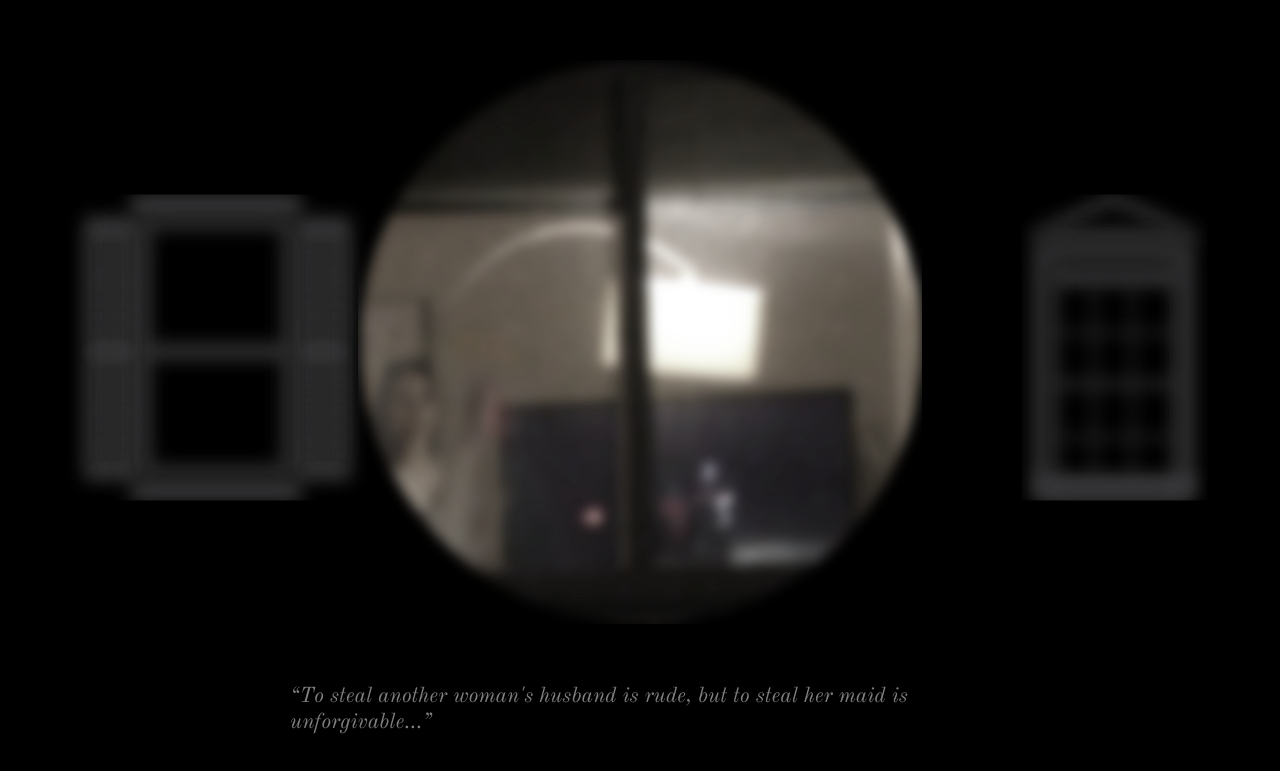
Repository: ConnyPinto/connypinto.github.io
Page: studio/space/final-space/room11.html
The author's editor kept a record of every edit. The page is drawn from the files as they stood at one moment, then again after the next edit.
The browser window is 1280 px wide. The pictures show the whole page.
Some web libraries are served in a nearby version.

Above is the page before.

After the next edit:
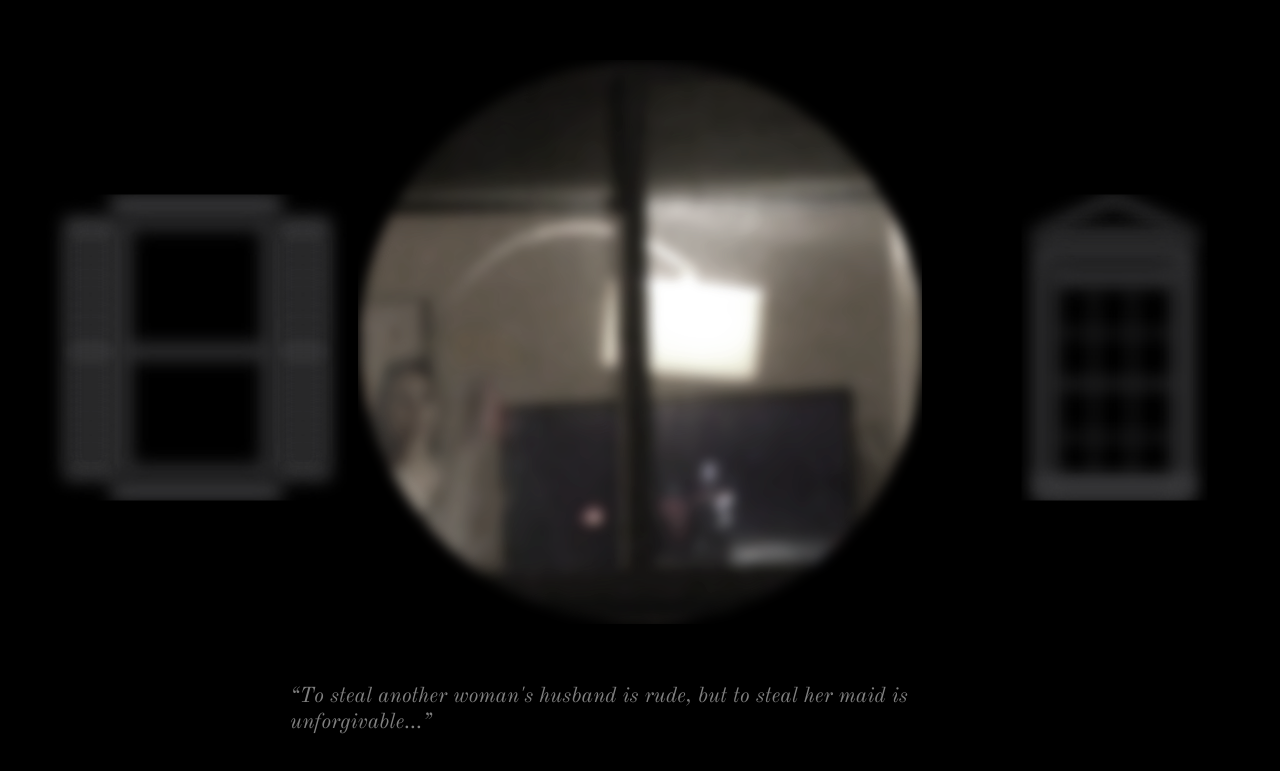
The edit:
--- a/studio/space/final-space/room11.html
+++ b/studio/space/final-space/room11.html
@@ -30,7 +30,7 @@
     height: 255px;
     display: block;
     float:left;
-    margin-left:80px;
+    margin-left:60px;
     margin-top:160px;"></a>
 
     <div class="content">
